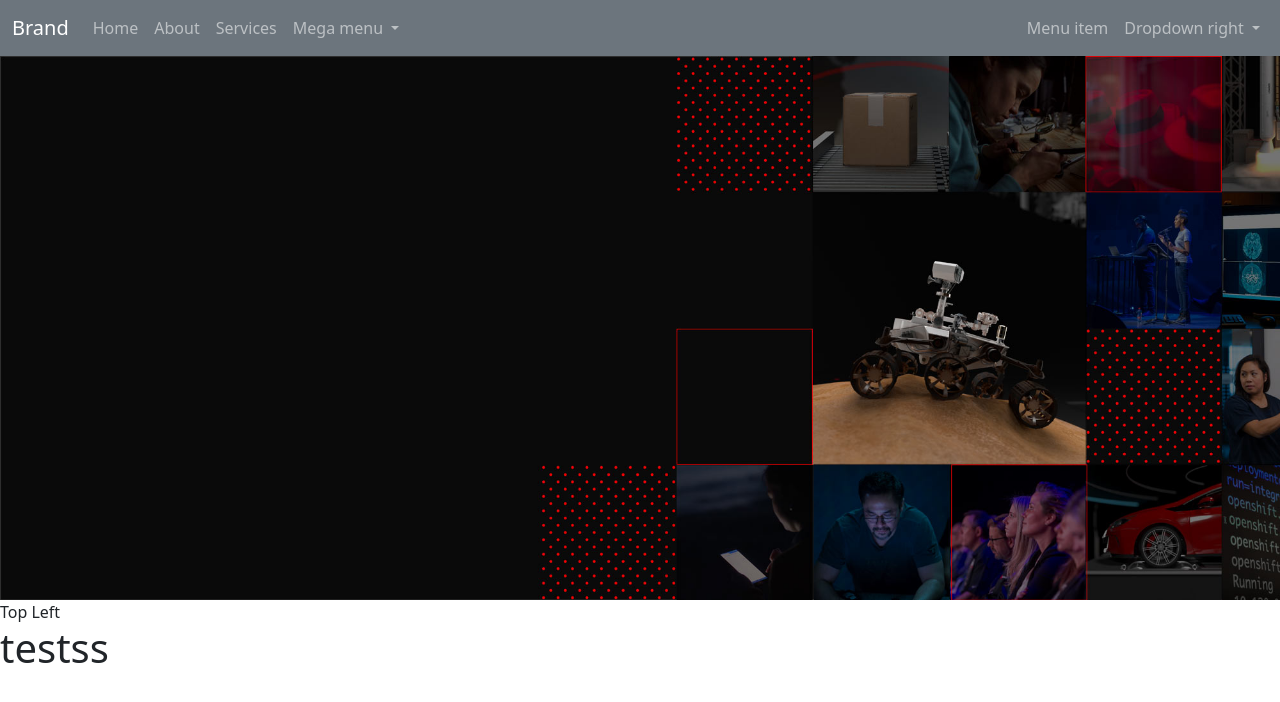
Repository: WaiMaungMaung/Mgr-site
Page: http://localhost/
An editor plug-in stored every save of this project. The page is shown before and after the next save, followed by the edit.
The browser window is 1280 px wide. The pictures show the whole page.
The page is served by the project's Laravel application, run on PHP 8.4 with Laravel 9.

Above is the page before, as saved 2022-04-06 10:41:08.

After the next save:
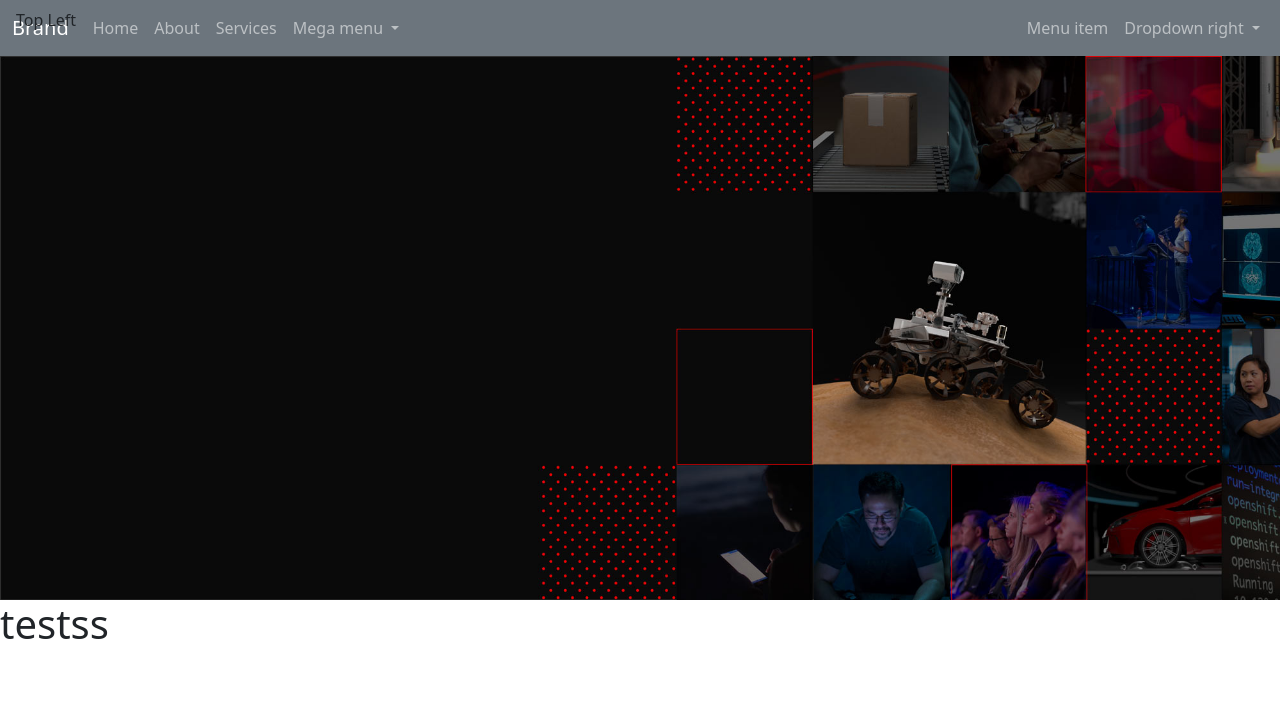
Saved 34 s later.
--- a/resources/views/layouts/app.blade.php
+++ b/resources/views/layouts/app.blade.php
@@ -18,6 +18,12 @@
             position: relative;
             text-align: center;
             color: white;
+        }
+
+        .top-left {
+            position: absolute;
+            top: 8px;
+            left: 16px;
         }
 
         .navbar .megamenu {
